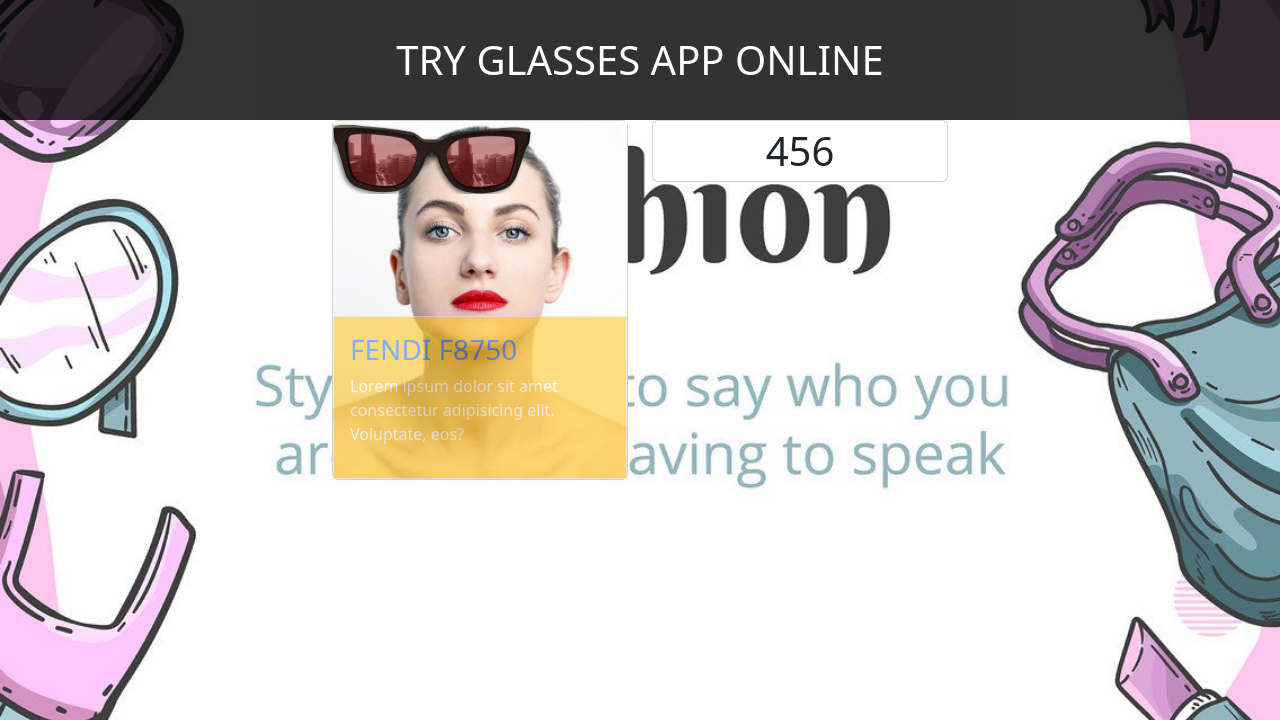
Repository: akira17518/React_JS_Glasses
Page: /
The author's editor kept a copy of each file at every save. The page is drawn from the files as they stood at one save, then again after the next save.
The browser window is 1280 px wide. The pictures show the whole page.
The project was rebuilt for these pictures with package versions that can differ from the ones it lists, and the page was loaded fresh each time.

Above is the page before, as saved 2023-05-10 10:28:41.

### public/index.html
<!DOCTYPE html>
<html lang="en">

<head>
  <meta charset="utf-8" />
  <link rel="icon" href="%PUBLIC_URL%/favicon.ico" />
  <meta name="viewport" content="width=device-width, initial-scale=1" />
  <meta name="theme-color" content="#000000" />
  <meta name="description" content="Web site created using create-react-app" />
  <link rel="apple-touch-icon" href="%PUBLIC_URL%/logo192.png" />
  <!--
      manifest.json provides metadata used when your web app is installed on a
      user's mobile device or desktop. See https://developers.google.com/web/fundamentals/web-app-manifest/
    -->
  <link rel="manifest" href="%PUBLIC_URL%/manifest.json" />
  <link href="https://cdn.jsdelivr.net/npm/bootstrap@5.3.0-alpha3/dist/css/bootstrap.min.css" rel="stylesheet"
    integrity="sha384-KK94CHFLLe+nY2dmCWGMq91rCGa5gtU4mk92HdvYe+M/SXH301p5ILy+dN9+nJOZ" crossorigin="anonymous">
  <!--
      Notice the use of %PUBLIC_URL% in the tags above.
      It will be replaced with the URL of the `public` folder during the build.
      Only files inside the `public` folder can be referenced from the HTML.

      Unlike "/favicon.ico" or "favicon.ico", "%PUBLIC_URL%/favicon.ico" will
      work correctly both with client-side routing and a non-root public URL.
      Learn how to configure a non-root public URL by running `npm run build`.
    -->
  <title>React App</title>
</head>

<body class="">
  <noscript>You need to enable JavaScript to run this app.</noscript>
  <div id="root"></div>
  <!--
      This HTML file is a template.
      If you open it directly in the browser, you will see an empty page.

      You can add webfonts, meta tags, or analytics to this file.
      The build step will place the bundled scripts into the <body> tag.

      To begin the development, run `npm start` or `yarn start`.
      To create a production bundle, use `npm run build` or `yarn build`.
    -->
  <script src="https://cdn.jsdelivr.net/npm/bootstrap@5.3.0-alpha3/dist/js/bootstrap.bundle.min.js"
    integrity="sha384-ENjdO4Dr2bkBIFxQpeoTz1HIcje39Wm4jDKdf19U8gI4ddQ3GYNS7NTKfAdVQSZe"
    crossorigin="anonymous"></script>
</body>

</html>

### src/index.js
import React from 'react';
import ReactDOM from 'react-dom/client';
import App from './App';

const root = ReactDOM.createRoot(document.getElementById('root'));
root.render(
    <App></App>
);

### src/App.js
import React, { Component } from 'react'
import BaiTapSetState from './BTsetState/BaiTapSetState'
import appCSS from './assets/app.module.css'
export default class App extends Component {
    render() {
        return (
            <div className={`${appCSS.app} vh-100`}>
                <BaiTapSetState></BaiTapSetState>
            </div>
        )
    }
}

### src/BTsetState/BaiTapSetState.jsx
import React, { Component } from 'react'
import HeaderComponent from './HeaderComponent'
import Content from './Content'

export default class extends Component {
  render() {
    return (
      <div>
        <div>
          <HeaderComponent></HeaderComponent>
        </div>
        <div className='w-50 m-auto fs-1 text-center'>
          <Content></Content>
        </div>
      </div>
    )
  }
}

### src/assets/app.module.css
.app {
    background:  url(../../public/img/background.jpg);
    background-position: center;
    background-repeat: no-repeat;
    background-size: cover;
}

### src/BTsetState/HeaderComponent.jsx
import React, { Component } from 'react'
import headerStyle from '../assets/header.module.css'
export default class HeaderComponent extends Component {
    render() {
        return (
            <div className={`${headerStyle.header}`}>TRY GLASSES APP ONLINE</div>
        )
    }
}

### src/BTsetState/Content.jsx
import React, { Component } from 'react'

export default class Content extends Component {
  render() {
    return (
      <div className='container'>
        <div className="top-model">
          <div className="row">
            <div className="col-6">
              <div className='card-left card position relative'>
              <img src="./img/v8.png" alt=""  className='position-absolute' width={200}/>
                <img src="./img/model.jpg" alt="" />
                <div className="card-body fs-6 text-start position-absolute bottom-0 end-0 start-0 opacity-50 bg-warning border">
                  <h3 className='text-primary'>FENDI F8750</h3>
                  <p className='text-white'>Lorem ipsum dolor sit amet consectetur adipisicing elit. Voluptate, eos?</p>
                </div>
              </div>
            </div>
            <div className="col-6">
              <div className='card-right card'>
                <img src="" alt="" />
                456
              </div>
            </div>
          </div>
        </div>

      </div>
    )
  }
}

### src/assets/header.module.css
.header {
    background-color: black;
    opacity: 0.8;
    color: #fff;
    text-align: center;
    font-size: 40px;
    padding: 30px;
}

After the next save:
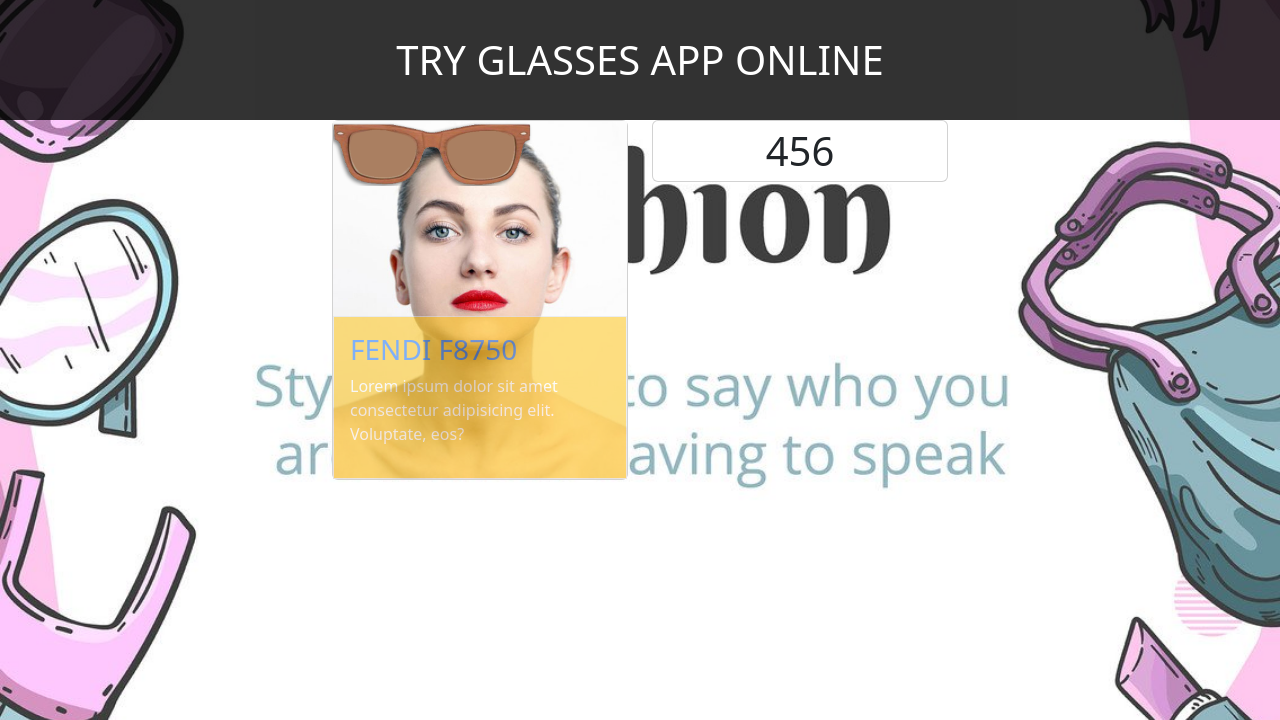
Saved 24 s later.
--- a/src/BTsetState/Content.jsx
+++ b/src/BTsetState/Content.jsx
@@ -8,7 +8,7 @@
           <div className="row">
             <div className="col-6">
               <div className='card-left card position relative'>
-              <img src="./img/v8.png" alt=""  className='position-absolute' width={200}/>
+              <img src="./img/v1.png" alt=""  className='position-absolute' width={200}/>
                 <img src="./img/model.jpg" alt="" />
                 <div className="card-body fs-6 text-start position-absolute bottom-0 end-0 start-0 opacity-50 bg-warning border">
                   <h3 className='text-primary'>FENDI F8750</h3>
